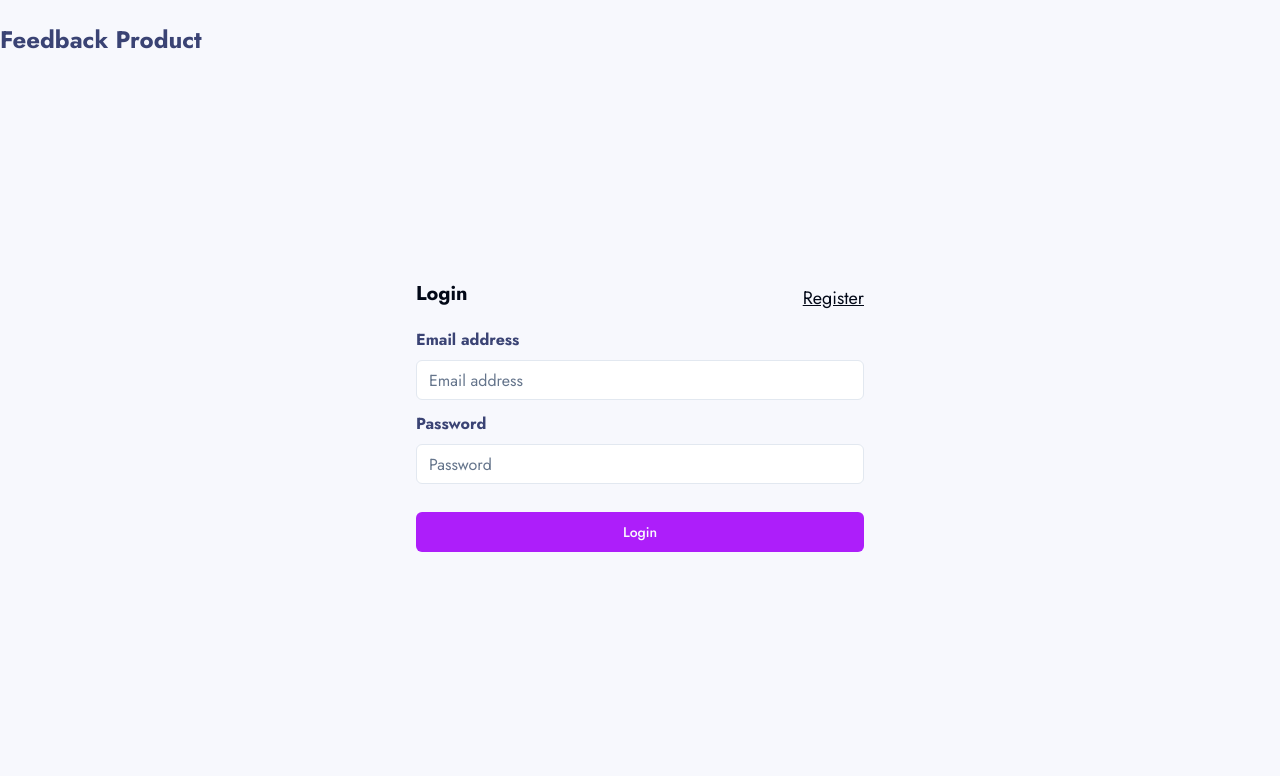
Repository: KornelJanczak/product-feedback-app
Page: /login
The author's editor kept a copy of each file at every save. The page is drawn from the files as they stood at one save, then again after the next save.
The browser window is 1280 px wide. The pictures show the whole page.
The page's requests for data from a server got no answer. The project was rebuilt for these pictures with package versions that can differ from the ones it lists, and the page was loaded fresh each time. The framework's server and built-in components were replaced by stand-ins that run in the browser. No one was signed in, and anything a server would have sent is missing. Also part of the build but not shown: next.config.js, next.config.mjs.

Above is the page before, as saved 2024-01-28 19:52:57.

### app/layout.tsx
import type { Metadata } from "next";
import { Jost } from "next/font/google";
import { Toaster } from "sonner";
import "./globals.css";
import { authOptions } from "@/app/api/auth/[...nextauth]/options";
import { getServerSession } from "next-auth";
import AuthProvider from "@/providers/session-provider";

export const jost = Jost({
  subsets: ["latin"],
});

export const metadata: Metadata = {
  title: "Product Feedback",
  description: "Create your own section!",
};

export default async function RootLayout({
  children,
}: Readonly<{
  children: React.ReactNode;
}>) {
  const session = await getServerSession(authOptions);

  return (
    <html lang="en">
      <body
        className={`${jost.className} bg-darkWhite`}
        suppressHydrationWarning={true}
      >
        <AuthProvider session={session}>
          <Toaster position="top-center" />
          {children}
        </AuthProvider>
      </body>
    </html>
  );
}

### app/(auth)/layout.tsx
import { ReactNode } from "react";

export default function Layout({ children }: { children: ReactNode }) {
  return (
    <>
      <header className="container text-2xl font-bold text-secondDark pt-6">
        <h2>Feedback Product</h2>
      </header>
      {children}
    </>
  );
}

### app/(auth)/login/page.tsx
import LoginForm from "../_components/login-form";

export default function LoginPage() {
  return <LoginForm />;
}

### app/globals.css
@tailwind base;
@tailwind components;
@tailwind utilities;

* {
  margin: 0;
  padding: 0;
}

@layer base {
  :root {
    --background: 0 0% 100%;
    --foreground: 222.2 84% 4.9%;

    --card: 0 0% 100%;
    --card-foreground: 222.2 84% 4.9%;

    --popover: 0 0% 100%;
    --popover-foreground: 222.2 84% 4.9%;

    --primary: 222.2 47.4% 11.2%;
    --primary-foreground: 210 40% 98%;

    --secondary: 210 40% 96.1%;
    --secondary-foreground: 222.2 47.4% 11.2%;

    --muted: 210 40% 96.1%;
    --muted-foreground: 215.4 16.3% 46.9%;

    --accent: 210 40% 96.1%;
    --accent-foreground: 222.2 47.4% 11.2%;

    --destructive: 0 84.2% 60.2%;
    --destructive-foreground: 210 40% 98%;

    --border: 214.3 31.8% 91.4%;
    --input: 214.3 31.8% 91.4%;
    --ring: 222.2 84% 4.9%;

    --radius: 0.5rem;
  }

  .dark {
    --background: 222.2 84% 4.9%;
    --foreground: 210 40% 98%;

    --card: 222.2 84% 4.9%;
    --card-foreground: 210 40% 98%;

    --popover: 222.2 84% 4.9%;
    --popover-foreground: 210 40% 98%;

    --primary: 210 40% 98%;
    --primary-foreground: 222.2 47.4% 11.2%;

    --secondary: 217.2 32.6% 17.5%;
    --secondary-foreground: 210 40% 98%;

    --muted: 217.2 32.6% 17.5%;
    --muted-foreground: 215 20.2% 65.1%;

    --accent: 217.2 32.6% 17.5%;
    --accent-foreground: 210 40% 98%;

    --destructive: 0 62.8% 30.6%;
    --destructive-foreground: 210 40% 98%;

    --border: 217.2 32.6% 17.5%;
    --input: 217.2 32.6% 17.5%;
    --ring: 212.7 26.8% 83.9%;
  }
}

@layer base {
  * {
    @apply border-border;
  }
  body {
    @apply bg-background text-foreground;
  }
}

### app/api/auth/[...nextauth]/options.ts
import NextAuth, { NextAuthOptions } from "next-auth";
import GithubProvider from "next-auth/providers/github";
import CredentialsProvider from "next-auth/providers/credentials";
import { PrismaAdapter } from "@next-auth/prisma-adapter";
import bcryptjs from "bcryptjs";
import prisma from "@/lib/db";

export const authOptions: NextAuthOptions = {
  adapter: PrismaAdapter(prisma),
  session: {
    strategy: "jwt",
  },
  secret: process.env.NEXTAUTH_SECRET,
  pages: {
    signIn: "/login",
  },
  providers: [
    GithubProvider({
      clientId: process.env.GITHUB_ID as string,
      clientSecret: process.env.GITHUB_SECRET as string,
    }),
    CredentialsProvider({
      name: "credentials",
      credentials: {},
      async authorize(credentials) {
        try {
          const { email, password } = credentials as {
            email: string;
            password: string;
          };

          console.log(email, password);
          const user = await prisma?.user.findFirst({
            where: {
              email,
            },
          });

          if (!user) return null;

          const passwordMatch = await bcryptjs.compare(
            password,
            user.password as string
          );

          if (!passwordMatch) return null;

          return user;
        } catch {
          return null;
        }
      },
    }),
  ],
  callbacks: {
    async signIn({ user, account }) {
      if (account?.provider == "credentials") return user;

      if (account?.provider === "github") {
        try {
          const existingUser = await prisma.user.findFirst({
            where: {
              email: user.email as string,
            },
          });

          if (existingUser) return existingUser;

          const newUser = await prisma.user.create({
            data: {
              userName: user.name!,
              email: user.email!,
            },
          });

          return newUser as any;
        } catch {
          return false;
        }
      }
    },
    async jwt({ token }) {
      const dbUser = await prisma.user.findFirst({
        where: {
          email: token.email as string,
        },
      });

      if (!dbUser) return token;

      return {
        id: dbUser.id,
        email: dbUser.email,
        name: dbUser.userName,
      };
    },

    async session({ token, session }) {
      if (token) {
        return {
          ...session,
          user: {
            email: token.email,
            name: token.name,
            id: token.id,
          },
        };
      }
      return session;
    },
    async redirect({ url, baseUrl }) {
      // if (url.startsWith("/")) return `${baseUrl}`;
      // // Allows callback URLs on the same origin
      // else if (new URL(url).origin === baseUrl) return baseUrl;
      // return baseUrl;
      return "/";
    },
  },
};

export default NextAuth(authOptions);

### providers/session-provider.tsx
"use client";
import { SessionProvider } from "next-auth/react";
import { ReactNode } from "react";
export default function AuthProvider({
  children,
  session,
}: {
  children: ReactNode;
  session: any;
}) {
  return <SessionProvider session={session}>{children}</SessionProvider>;
}

### app/(auth)/_components/login-form.tsx
"use client";
import { zodResolver } from "@hookform/resolvers/zod";
import { useForm, SubmitHandler } from "react-hook-form";
import {
  Form,
  FormControl,
  FormField,
  FormItem,
  FormLabel,
  FormMessage,
} from "@/components/ui/form";
import { Input } from "@/components/ui/input";
import * as z from "zod";
import { useRouter } from "next/navigation";
import SubmitBtn from "./submit-btn";
import { signIn } from "next-auth/react";
import { useState } from "react";
import { toast } from "sonner";
import { loginFormSchema } from "@/models/@auth-schema";

export default function LoginForm() {
  const router = useRouter();
  const [pending, setPending] = useState<boolean>(false);

  type Inputs = z.infer<typeof loginFormSchema>;

  const form = useForm<z.infer<typeof loginFormSchema>>({
    resolver: zodResolver(loginFormSchema),
    defaultValues: {
      email: "",
      password: "",
    },
  });

  const processForm: SubmitHandler<Inputs> = async (data) => {
    setPending(true);
    try {
      await signIn("credentials", data);
      toast.success("You are logged!");
    } catch {
      toast.error("Something went wrong");
    } finally {
      setPending(false);
    }
  };

  return (
    <section className="container h-screen flex items-center justify-center ">
      <Form {...form}>
        <form
          className="max-w-md w-full"
          onSubmit={form.handleSubmit(processForm)}
        >
          <div className="flex justify-between items-center">
            <h3 className="font-bold text-xl pb-2">Login</h3>
            <span
              className="text-lg cursor-pointer underline hover:text-pink hover:transition duration-300"
              onClick={() => router.push("/register")}
            >
              Register
            </span>
          </div>
          <FormField
            control={form.control}
            name="email"
            render={({ field }) => (
              <FormItem className="pt-2 md:pt-3">
                <FormLabel className="md:text-base">Email address</FormLabel>
                <FormControl>
                  <Input
                    placeholder="Email address"
                    {...field}
                    className="md:text-base"
                    type="email"
                    required
                  />
                </FormControl>
                <FormMessage className="md:text-base" />
              </FormItem>
            )}
          />
          <FormField
            control={form.control}
            name="password"
            render={({ field }) => (
              <FormItem className="pt-2 md:pt-3">
                <FormLabel className="md:text-base">Password</FormLabel>
                <FormControl>
                  <Input
                    placeholder="Password"
                    {...field}
                    className="md:text-base"
                    type="password"
                    required
                  />
                </FormControl>
                <FormMessage className="md:text-base" />
              </FormItem>
            )}
          />
          <SubmitBtn pending={pending}>Login</SubmitBtn>
        </form>
      </Form>
    </section>
  );
}

### components/ui/input.tsx
import * as React from "react";

import { cn } from "@/lib/utils";

export interface InputProps
  extends React.InputHTMLAttributes<HTMLInputElement> {}

const Input = React.forwardRef<HTMLInputElement, InputProps>(
  ({ className, type, ...props }, ref) => {
    return (
      <input
        type={type}
        className={cn(
          "hover:border-blue focus:border-transparent text-grey flex h-10 w-full rounded-md border border-input bg-background px-3 py-2 text-sm ring-offset-background file:border-0 file:bg-transparent file:text-sm file:font-medium placeholder:text-muted-foreground focus-visible:outline-none focus-visible:ring-2 focus-visible:ring-ring focus-visible:ring-offset-2 disabled:cursor-not-allowed disabled:opacity-50",
          className
        )}
        ref={ref}
        {...props}
      />
    );
  }
);
Input.displayName = "Input";

export { Input };

### app/(auth)/_components/submit-btn.tsx
"use client";
import React from "react";
import ClipLoader from "react-spinners/ClipLoader";
import { Button } from "@/components/ui/button";
import { ReactNode } from "react";

interface SubmitBtnProps {
  className?: string;
  pending?: boolean;
  children: ReactNode;
}

const SubmitBtn: React.FC<SubmitBtnProps> = React.memo(
  ({ className, children, pending }) => {
    return (
      <Button
        className={`mt-5 w-full bg-pink hover:opacity-70 hover:bg-pink hover:transition duration-300 lg:mt-7 ${className}`}
        type="submit"
        aria-disabled={pending}
      >
        {pending ? <ClipLoader size={24} color="#3A4374" /> : children}
      </Button>
    );
  }
);

SubmitBtn.displayName = "SubmitBtn";

export default SubmitBtn;

### models/@auth-schema.ts
import * as z from "zod";

const validation = {
  email: z.string().email({ message: "Email must contain @ symbol." }),
  password: z
    .string()
    .min(5, { message: "Password must contain at lesat 5 symbol" })
    .regex(/[A-Z]/, {
      message: "Password must contain at least one uppercase letter.",
    })
    .regex(/[a-z]/, {
      message: "Password must contain at least one lowercase letter.",
    })
    .regex(/[0-9]/, { message: "Password must contain at least one digit." })
    .regex(/[@#$%^&+=!]/, {
      message: "Password must contain at least one special character.",
    }),
};

export const registerFormSchema = z
  .object({
    username: z.string().min(2, {
      message: "Username must be at least 2 characters.",
    }),
    ...validation,
    repeatPassword: z.string(),
  })
  .refine((data) => data.password === data.repeatPassword, {
    message: "Passwords do not match.",
  });

export const loginFormSchema = z.object({ ...validation });

### components/ui/label.tsx
"use client"

import * as React from "react"
import * as LabelPrimitive from "@radix-ui/react-label"
import { cva, type VariantProps } from "class-variance-authority"

import { cn } from "@/lib/utils"

const labelVariants = cva(
  "text-sm font-medium leading-none peer-disabled:cursor-not-allowed peer-disabled:opacity-70"
)

const Label = React.forwardRef<
  React.ElementRef<typeof LabelPrimitive.Root>,
  React.ComponentPropsWithoutRef<typeof LabelPrimitive.Root> &
    VariantProps<typeof labelVariants>
>(({ className, ...props }, ref) => (
  <LabelPrimitive.Root
    ref={ref}
    className={cn(labelVariants(), className, "text-secondDark font-bold")}
    {...props}
  />
))
Label.displayName = LabelPrimitive.Root.displayName

export { Label }

### components/ui/button.tsx
import * as React from "react";
import { Slot } from "@radix-ui/react-slot";
import { cva, type VariantProps } from "class-variance-authority";

import { cn } from "@/lib/utils";

const buttonVariants = cva(
  "inline-flex items-center justify-center whitespace-nowrap rounded-md text-sm font-medium ring-offset-background transition-colors focus-visible:outline-none focus-visible:ring-2 focus-visible:ring-ring focus-visible:ring-offset-2 disabled:pointer-events-none disabled:opacity-50",
  {
    variants: {
      variant: {
        default: "bg-primary text-primary-foreground hover:bg-primary/90",
        destructive:
          "bg-destructive text-destructive-foreground hover:bg-destructive/90",
        outline:
          "border border-input bg-background hover:bg-accent hover:text-accent-foreground",
        secondary:
          "bg-secondary text-secondary-foreground hover:bg-secondary/80",
        ghost: "hover:bg-accent hover:text-accent-foreground",
        link: "text-primary underline-offset-4 hover:underline",
      },
      size: {
        default: "h-10 px-4 py-2",
        sm: "h-9 rounded-md px-3",
        lg: "h-11 rounded-md px-8",
        icon: "h-10 w-10",
      },
    },
    defaultVariants: {
      variant: "default",
      size: "default",
    },
  }
);

export interface ButtonProps
  extends React.ButtonHTMLAttributes<HTMLButtonElement>,
    VariantProps<typeof buttonVariants> {
  asChild?: boolean;
}

const Button = React.forwardRef<HTMLButtonElement, ButtonProps>(
  ({ className, variant, size, asChild = false, ...props }, ref) => {
    const Comp = asChild ? Slot : "button";
    return (
      <Comp
        className={cn(buttonVariants({ variant, size, className }))}
        ref={ref}
        {...props}
      />
    );
  }
);
Button.displayName = "Button";

export { Button, buttonVariants };

### tailwind.config.ts
import type { Config } from "tailwindcss";

const config = {
  darkMode: ["class"],
  content: [
    "./pages/**/*.{ts,tsx}",
    "./components/**/*.{ts,tsx}",
    "./app/**/*.{ts,tsx}",
    "./src/**/*.{ts,tsx}",
  ],
  prefix: "",
  theme: {
    container: {
      center: true,
      padding: {
        // DEFAULT: "1rem",
        sm: "1rem",
        md: "4rem",
        lg: "4rem",
        xl: "5rem",
        "2xl": "6rem",
      },
      screens: {
        default: "1400px",
        "2xl": "1400px",
      },
    },
    extend: {
      // fontFamily: {
      //   jost: ["var(--jost)"],
      //   ...fontFamily.jost,
      // },
      colors: {
        border: "hsl(var(--border))",
        input: "hsl(var(--input))",
        ring: "hsl(var(--ring))",
        background: "hsl(var(--background))",
        foreground: "hsl(var(--foreground))",
        primary: {
          DEFAULT: "hsl(var(--primary))",
          foreground: "hsl(var(--primary-foreground))",
        },
        secondary: {
          DEFAULT: "hsl(var(--secondary))",
          foreground: "hsl(var(--secondary-foreground))",
        },
        destructive: {
          DEFAULT: "hsl(var(--destructive))",
          foreground: "hsl(var(--destructive-foreground))",
        },
        muted: {
          DEFAULT: "hsl(var(--muted))",
          foreground: "hsl(var(--muted-foreground))",
        },
        accent: {
          DEFAULT: "hsl(var(--accent))",
          foreground: "hsl(var(--accent-foreground))",
        },
        popover: {
          DEFAULT: "hsl(var(--popover))",
          foreground: "hsl(var(--popover-foreground))",
        },
        card: {
          DEFAULT: "hsl(var(--card))",
          foreground: "hsl(var(--card-foreground))",
        },
        pink: "#AD1EFA",
        blue: "#4661E6",
        lighterBlue: "#62BCFA",
        dark: "rgb(55, 63, 104)",
        secondDark: "#3A4374",
        grey: "#647196",
        orange: "#F49F85",
        basicWhite: "#ffffff",
        middleWhite: "#F2F4FF",
        darkWhite: "#F7F8FD",
      },
      borderRadius: {
        lg: "var(--radius)",
        md: "calc(var(--radius) - 2px)",
        sm: "calc(var(--radius) - 4px)",
      },
      keyframes: {
        "accordion-down": {
          from: { height: "0" },
          to: { height: "var(--radix-accordion-content-height)" },
        },
        "accordion-up": {
          from: { height: "var(--radix-accordion-content-height)" },
          to: { height: "0" },
        },
      },
      animation: {
        "accordion-down": "accordion-down 0.2s ease-out",
        "accordion-up": "accordion-up 0.2s ease-out",
      },
    },
  },
  plugins: [require("tailwindcss-animate")],
} satisfies Config;

export default config;

Loaded but not shown: lib/db.ts (common file); lib/utils.ts (common file); components/ui/form.tsx (176 lines, source omitted)

After the next save:
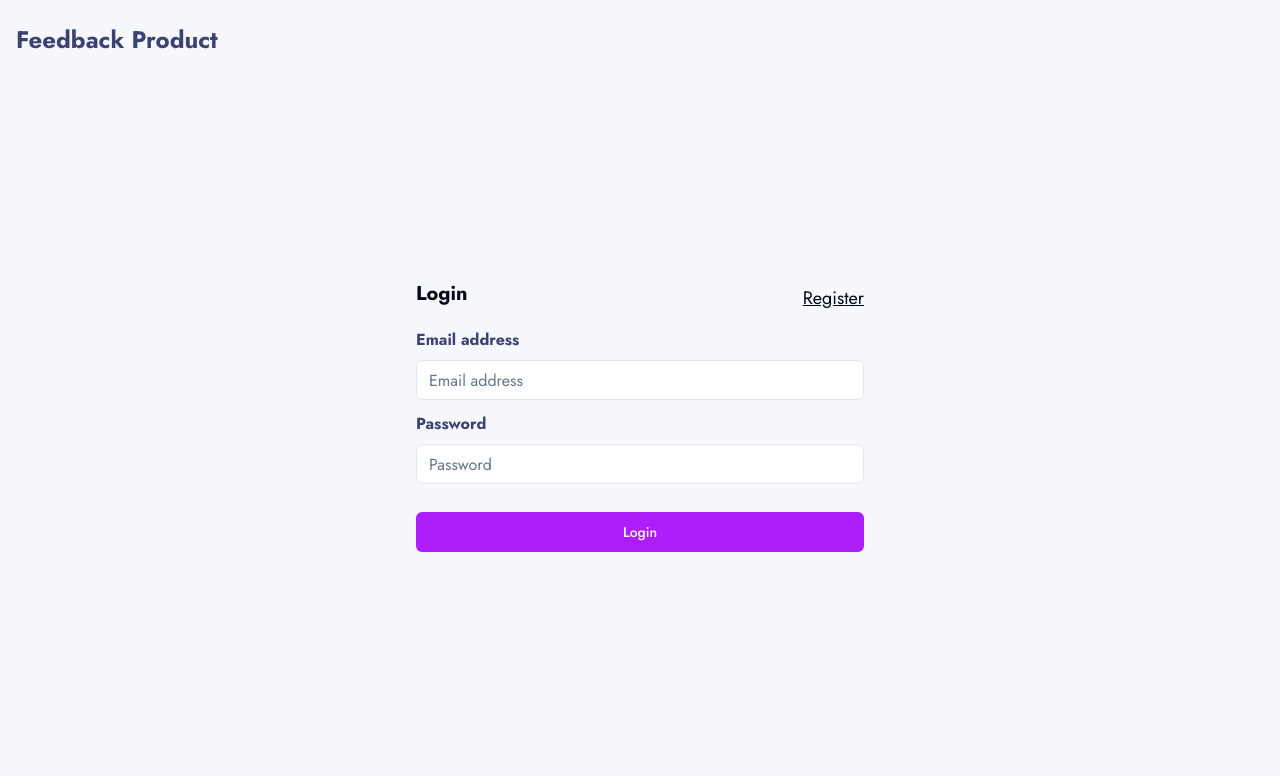
Saved 9 s later.
--- a/tailwind.config.ts
+++ b/tailwind.config.ts
@@ -13,7 +13,7 @@
     container: {
       center: true,
       padding: {
-        // DEFAULT: "1rem",
+        DEFAULT: "1rem",
         sm: "1rem",
         md: "4rem",
         lg: "4rem",

After the 5 saves that followed:
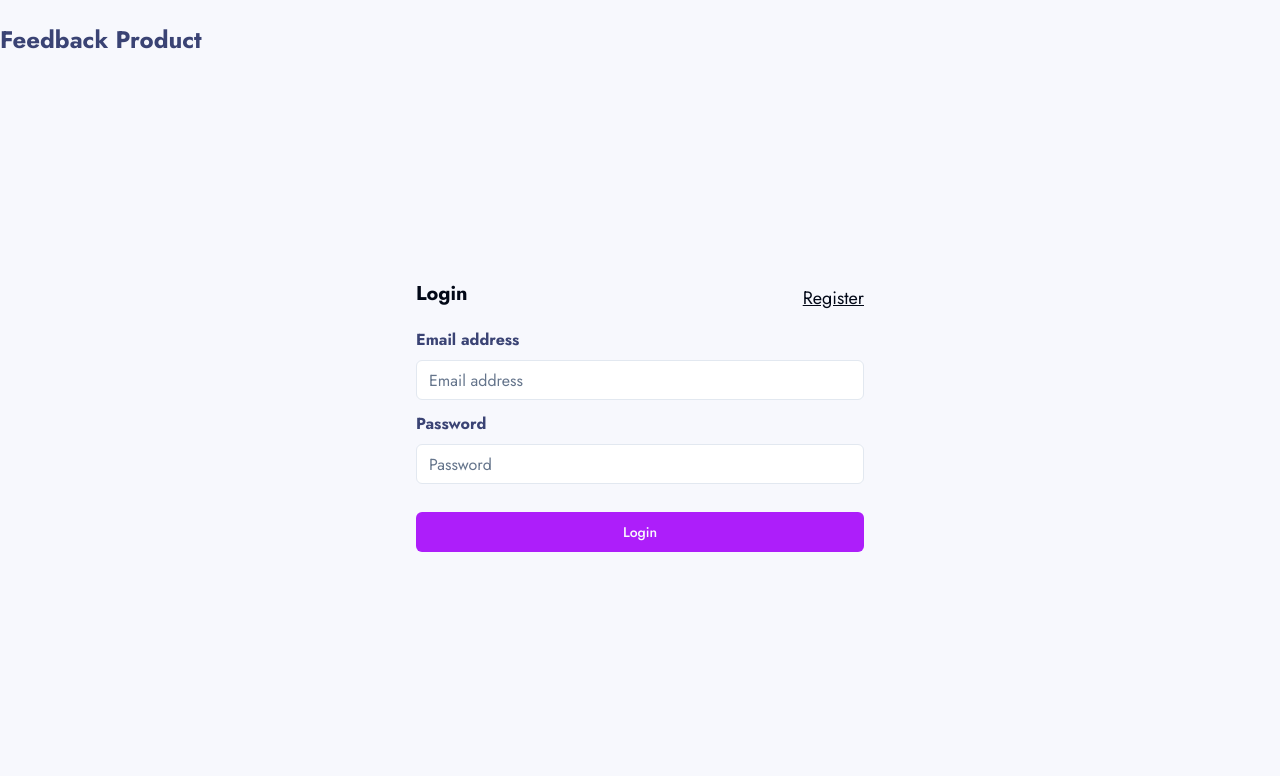
The 5 saves are shown as one change because 2 left the picture as it was and some came seconds apart.
The last was saved 47 s later.
--- a/app/(auth)/layout.tsx
+++ b/app/(auth)/layout.tsx
@@ -3,7 +3,7 @@ import { ReactNode } from "react";
 export default function Layout({ children }: { children: ReactNode }) {
   return (
     <>
-      <header className="container text-2xl font-bold text-secondDark pt-6">
+      <header className="md:container text-2xl font-bold text-secondDark pt-6">
         <h2>Feedback Product</h2>
       </header>
       {children}
--- a/tailwind.config.ts
+++ b/tailwind.config.ts
@@ -13,9 +13,9 @@
     container: {
       center: true,
       padding: {
-        DEFAULT: "1rem",
+        // DEFAULT: "1rem",
         sm: "1rem",
-        md: "4rem",
+        md: "2rem",
         lg: "4rem",
         xl: "5rem",
         "2xl": "6rem",
